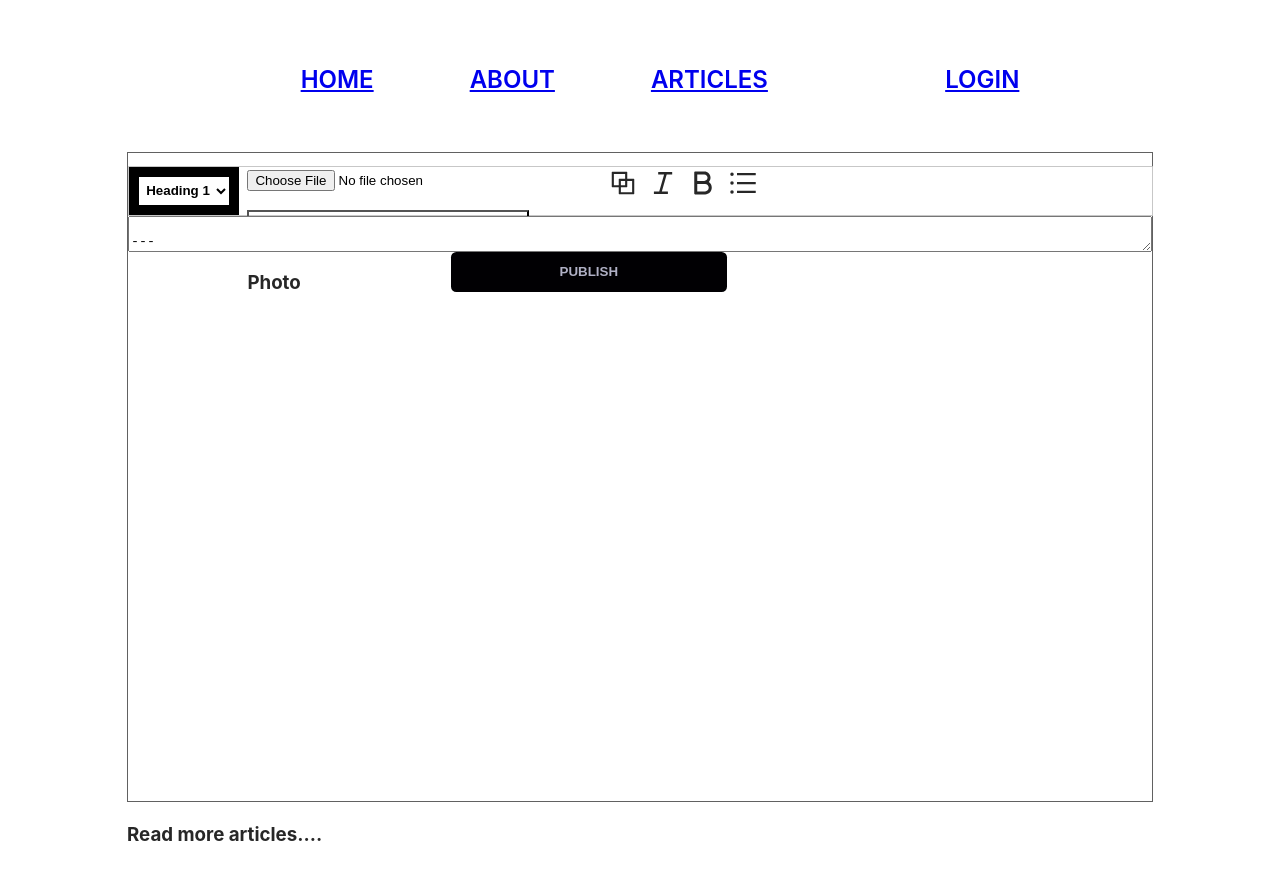
Repository: ValGrace/-static-site
Page: /articles (app in client/)
An editor plug-in stored every save of this project. The page is shown before and after the next save, followed by the edit.
The browser window is 1280 px wide. The pictures show the whole page.
The page's requests for data from a server got no answer. The project was rebuilt for these pictures with package versions that can differ from the ones it lists, and the page was loaded fresh each time. No one was signed in, and anything a server would have sent is missing. Also part of the build but not shown: client/vite.config.js, client/src/Components/Login.jsx, client/src/Components/Signup.jsx, client/src/Components/HomeSection.jsx, client/src/Components/TopSection.jsx, client/src/MdFiles/MdFileContext.js, client/src/Pages/HomePage.jsx, client/src/Pages/aboutPage.jsx.

Above is the page before, as saved 2023-06-29 14:31:47.

After the next save:
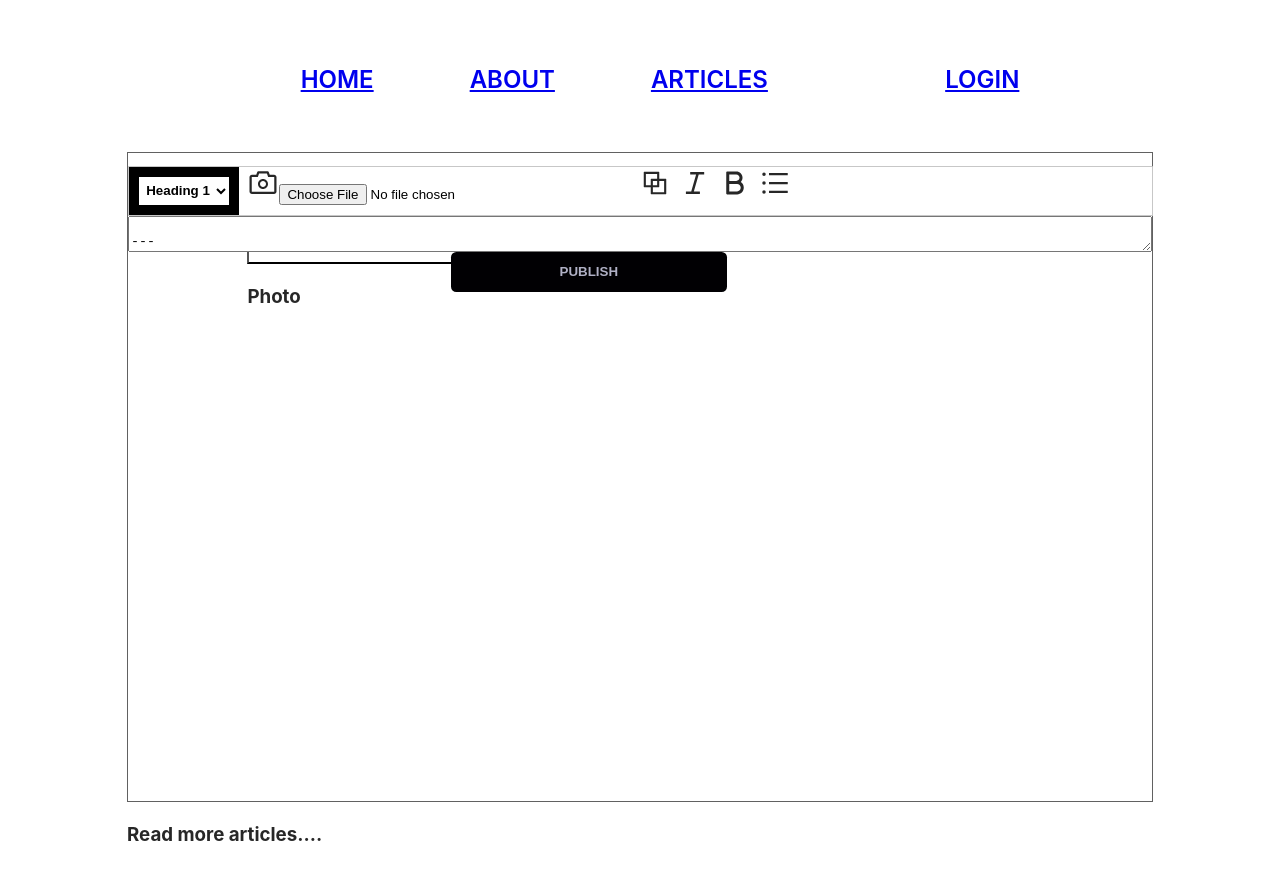
Saved 15 min 25 s later.
--- a/client/src/Pages/Articles.jsx
+++ b/client/src/Pages/Articles.jsx
@@ -3,7 +3,7 @@ import { Axios } from "axios"
 import Navbar from '../Components/Navbar'
 import { account } from '../Utils/appwrite'
 // import { FaBold, FaItalic, FaList} from 'react-icons/fa'
-import { AiOutlineItalic, AiOutlineUnorderedList, AiOutlineBold, AiOutlineBlock} from "react-icons/ai"
+import { AiOutlineItalic, AiOutlineUnorderedList, AiOutlineBold, AiOutlineBlock, AiOutlineCamera} from "react-icons/ai"
 
 const Articles = () => {
 
@@ -107,9 +107,11 @@ Write your article here
                   <option value="### ">Heading 3</option>
                 </select>
                               <div>
-
+                <label htmlFor='inputFile'>
+                <AiOutlineCamera size="2em"/>
                 <input type='file' onChange={(event) => setImageSelected(event.target.files[0])}/>
-                <button onClick={uploadImage}> Upload Image</button>
+                </label>
+                 <button onClick={uploadImage}> Upload Image</button>
                 <h3>Photo</h3>
                 {/* <Image cloudName="" publicId="" /> */}
                 </div>
